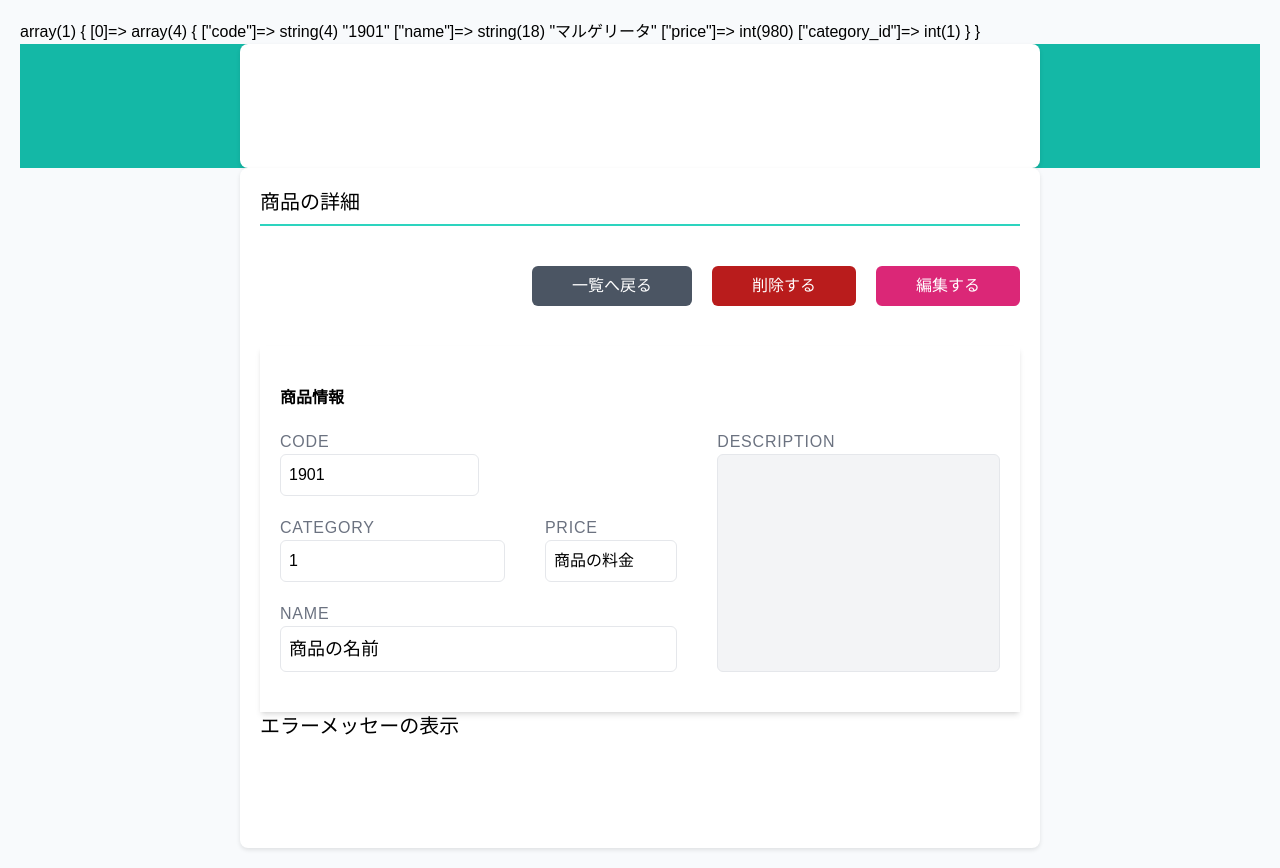
Repository: ShunKUN1182/STD_PHP
Page: http://localhost/kadai07_1.php?product_code=1901
An editor plug-in stored every save of this project. The page is shown before and after the next save, followed by the edit.
The browser window is 1280 px wide. The pictures show the whole page.
Some web libraries are served in a nearby version. The page is run by PHP 8.4 with error messages shown; the project is at /var/www/html/. The database holds what the project's SQL file puts in it.

Above is the page before, as saved 2026-07-10 13:54:32.

### kadai07_1.php
<?php
require_once __DIR__ . "/config.php";
$productCode = filter_input(INPUT_GET,"product_code");
if (!$productCode) {
  header("Location: kadai06_1.php");
}
$db = new PDO(DB_DSN,DB_USER,DB_PASS);
$products_table = TB_PRODUCTS;
$sql = "SELECT * FROM $products_table WHERE code = $productCode";
$stmt = $db-> prepare($sql);
$stmt->execute();
$productResult = [];
while($row = $stmt->fetch(PDO::FETCH_ASSOC)) {
  $productResult[] = $row;
}
var_dump($productResult)
?>
<!DOCTYPE html>
<html lang="ja">
<head>
  <meta charset="UTF-8">
  <meta name="viewport" content="width=device-width, initial-scale=1.0">

  <!-- link -->
  <link href="asset/styles/style.css" rel="stylesheet">

  <!-- script -->
  <script src="https://cdn.tailwindcss.com"></script>
  <title>php1 - kadai07_1</title>
</head>
<body class="bg-slate-50">
<div class="wrapper box-border">

<header class="bg-teal-500">
  <div class="container mx-auto px-2 py-5">
    <h1 class="text-l text-white mb-6"><a href="#">サーバーサイドスクリプト演習１</a></h1>
    <h2 class="text-3xl text-white">データベース処理</h2>
  </div><!--/.container-->
</header>

<main>
  <div class="container w-full h-full mx-auto px-2 py-20">

    <h3 class="text-xl border-b-2 border-teal-400 pb-2 mb-10">商品の詳細</h3>

    <div class="flex flex-col sm:flex-row justify-end mb-10">
      <a href="kadai06_1.php" class="text-white text-center leading-10 bg-gray-600 px-10 hover:bg-gray-500 rounded-md">一覧へ戻る</a>
      <a href="#" class="text-white text-center leading-10 bg-red-700 px-10 px-10 mx-5 hover:bg-red-600 rounded-md">削除する</a>
      <!--kadai10_1-->
      <!--
        <form action="" method="" class="w-full sm:w-fit">
        <input type="hidden" name="_method" value="DELETE">
        <input type="hidden" name="product_no" value="">
        <button type="submit" class="w-full sm:w-fit text-white text-center leading-10 bg-red-700 px-10 px-10 mx-0 sm:mx-5 my-2 sm:my-0 hover:bg-red-600 rounded-md">削除する</button>
      </form>
      -->
      <!--/kadai09_1-->
      <a href="#" class="text-white text-center leading-10 bg-pink-600 px-10 hover:bg-pink-500 rounded-md">編集する</a>
    </div>


    <div class="product-wrap px-5 py-10 shadow-md">
      <h4 class="font-bold mb-5">商品情報</h4>
      <div class="flex flex-col md:flex-row">
        <div class="flex-grow mr-0 md:mr-10 mb-5 md:mb-0">
          <div class="mb-5">
            <div class="w-6/12">
              <p class="text-gray-500 text-left uppercase tracking-wider">code</p>
              <p class="px-2 py-2 border rounded-md"><?= $productResult[0]["code"] ?></p>
            </div>
          </div>

          <div class="flex justify-between mb-5">
            <div class="flex-grow mr-10">
              <p class="text-gray-500 text-left uppercase tracking-wider">category</p>
              <p class="bg-white px-2 py-2 border  rounded-md"><?= $productResult[0]["category_id"] ?></p>
            </div>
            <div class="w-4/12">
              <p class="text-gray-500 text-left uppercase tracking-wider">price</p>
              <p class="bg-white px-2 py-2 border  rounded-md">商品の料金</p>
            </div>
          </div>

          <div>
            <p class="text-gray-500 text-left uppercase tracking-wider">name</p>
            <p class="bg-white text-lg px-2 py-2 border  rounded-md">商品の名前</p>
          </div>
        </div>

        <div class="flex flex-col items-stretch flex-grow">
          <p class="text-gray-500 text-left uppercase tracking-wider">description</p>
          <p class="flex-grow h-32 md:h-max text-lg px-2 bg-gray-100 py-2 border rounded-md"></p>
        </div>
      </div>

    </div><!--/.product-wrap-->

      <!-- エラーメッセージ -->
      <p class="text-xl">エラーメッセーの表示</p>


  </div><!--/.container-->
</main>

</div><!--/.wrapper-->
</body>
</html>

### config.php
<?php
// 定数などのサイトの設定を定義する

const SITE_NAME = "サーバーサイド1";

define("DOC_ROOT" , __DIR__);

const WEB_ROOT = "https://10.202.10.3/ecc/sfukusima/php1/";

//DB関連
const DB_DRIVER = "mysql";
const DB_HOST = "localhost";
const DB_NAME = "sfukusima";
const DB_USER = "sfukusima";
const DB_PASS = "eccMyAdmin";
const DB_CHAR = "utf8mb4";
const DB_DSN = DB_DRIVER.":host=".DB_HOST.";dbname=".DB_NAME.";charset=".DB_CHAR;

//テーブル関係
const TB_ZIP = "php1_zip";
const TB_PRODUCTS = "php1_products";
const TB_CATEGORIES = "php1_categories";
?>

### css/style.css
* {
    box-sizing: border-box;
}

body {
    background: #f4f4f4;
    font-family: sans-serif;
    padding: 20px;
}

.container {
    background: #fff;
    border-radius: 8px;
    box-shadow: 0 2px 4px rgba(0, 0, 0, 0.1);
    margin: 0 auto;
    max-width: 800px;
    padding: 20px;
}

.product-grid {
    display: flex;
    gap: 20px;
    margin-bottom: 30px;
}

.product {
    border-radius: 4px;
    border: 1px solid #ddd;
    flex: 1;
    padding: 15px;
    text-align: center;
}

.product h3 {
    margin: 0 0 10px;
}

button {
    background: #28a745;
    border-radius: 4px;
    border: none;
    color: white;
    cursor: pointer;
    padding: 8px 16px;
}

.cart-table {
    border-collapse: collapse;
    margin-bottom: 20px;
    width: 100%;
}

colgroup col:nth-of-type(1) {
    width: 300px;
}

.cart-table th,
.cart-table td {
    border: 1px solid #eee;
    padding: 10px;
    text-align: left;
}

.cart-table th {
    background: #fafafa;
}

tfoot th {
    text-align: right;
}

.btn-clear {
    background: #dc3545;
}

### database/Products.sql (the tables this page reads)
CREATE TABLE  php1_products(
    `code`        VARCHAR(4)    PRIMARY KEY,    
    `name`        VARCHAR(64)   NOT NULL,       
    `price`       INT UNSIGNED,                 
    `category_id` INT UNSIGNED  NOT NULL        
);

INSERT INTO php1_products( `code`, `name`, `price`, `category_id` ) VALUES 
    ( "1901", "マルゲリータ", 980, 1 ),
    ( "1902", "アメリカン", 720, 1 ),
    ( "1903", "ジェノベーゼ", 1340, 1 ),
    ( "2901", "コーラ", 200, 2 ),
    ( "2902", "スプライト", 200, 2 ),
    ( "2903", "スーパードライ", 300, 2 ),
    ( "3901", "バニラシェイク", 590, 3 ),
    ( "3902", "ストロベリーシェイク", 590, 3 ),
    ( "3903", "プチパンケーキ", 460, 3 );

After the next save:
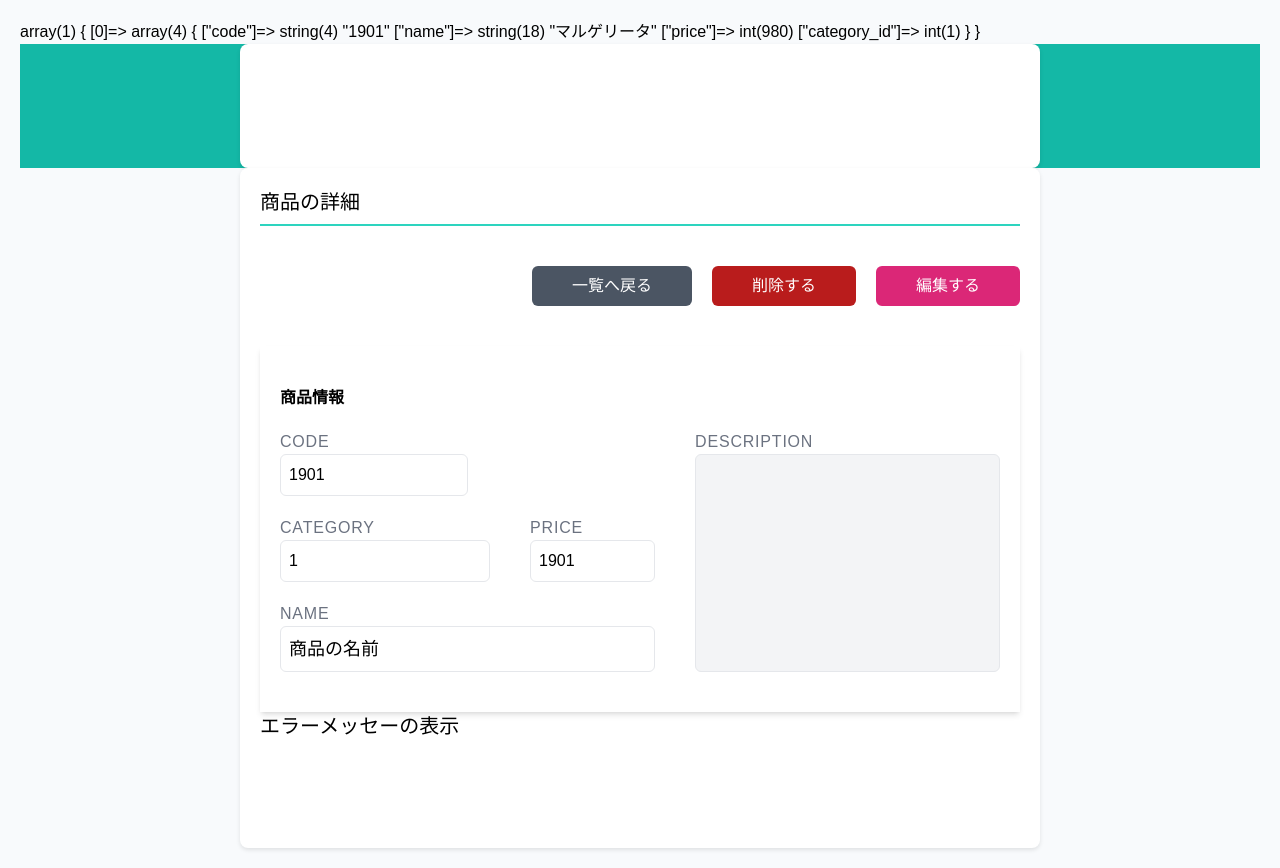
Saved 10 s later.
--- a/kadai07_1.php
+++ b/kadai07_1.php
@@ -77,7 +77,7 @@ var_dump($productResult)
             </div>
             <div class="w-4/12">
               <p class="text-gray-500 text-left uppercase tracking-wider">price</p>
-              <p class="bg-white px-2 py-2 border  rounded-md">商品の料金</p>
+              <p class="bg-white px-2 py-2 border  rounded-md"><?= $productResult[0]["code"] ?></p>
             </div>
           </div>
 
